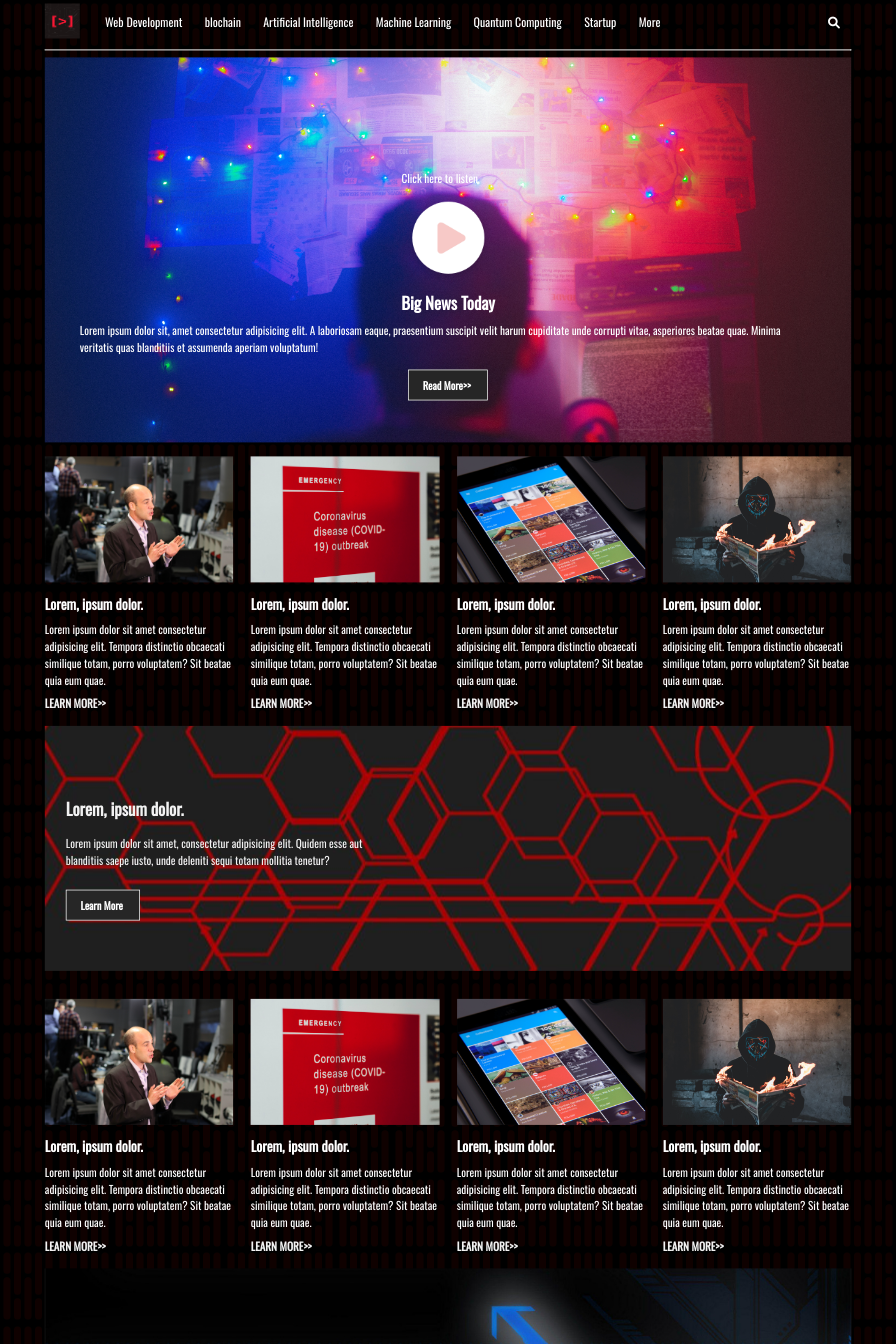
Repository: NickArregoces/News_Web
Page: index.html
An editor plug-in stored every save of this project. The page is shown before and after a run of saves, followed by the edit.
The browser window is 1280 px wide. The pictures show the part of the page from y = 0 to 1920 px (the page is 2988 px tall), at 70% of full size.

Above is the page before, as saved 2021-12-27 12:52:45.

After the next 2 saves:
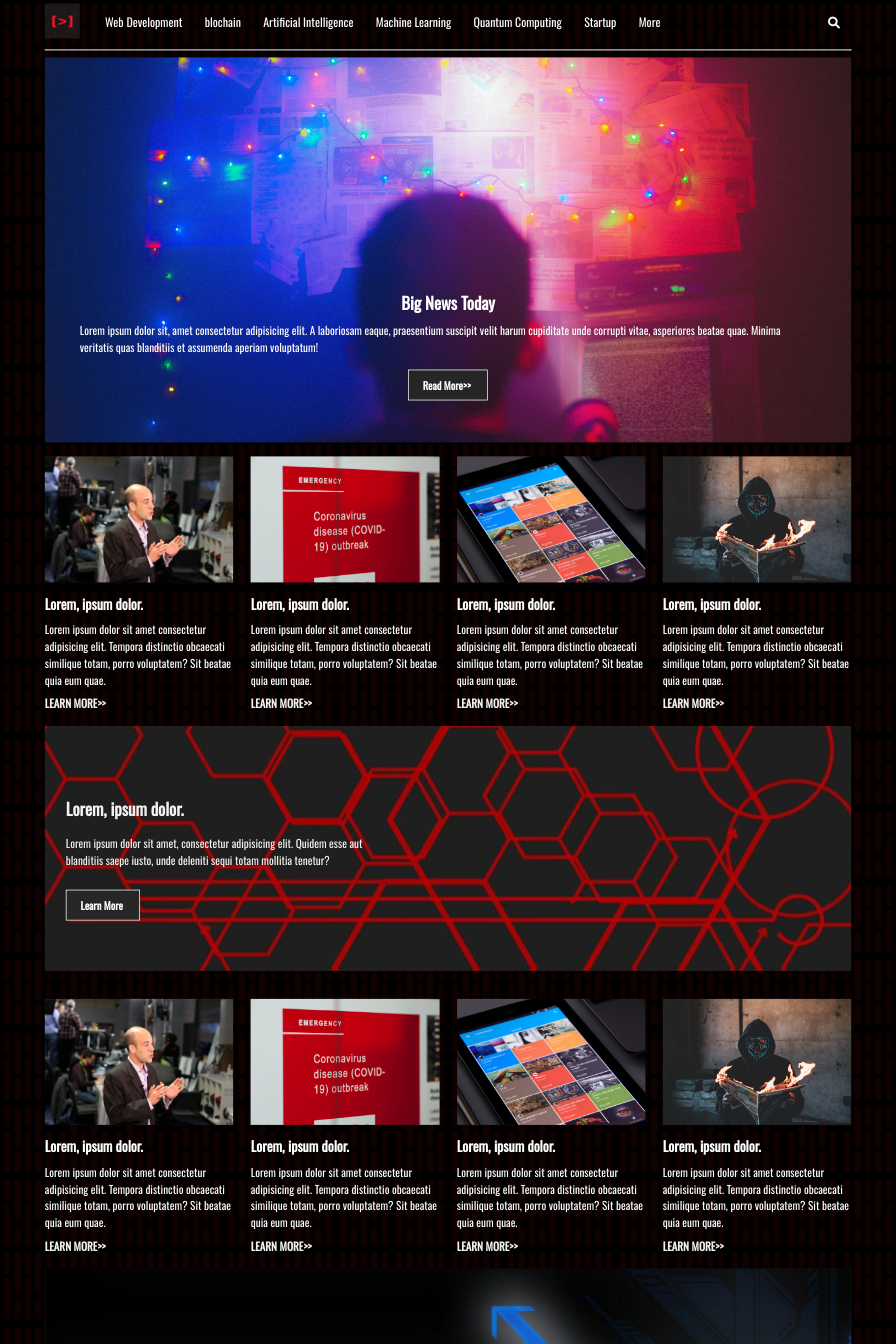
The 2 saves are shown as one change because they came seconds apart.
The last was saved 36 s later.
--- a/index.html
+++ b/index.html
@@ -69,10 +69,6 @@
 
         <!--Showcase=Imagen pricnipal-->
         <header class="showcase">
-            <div class="music">
-                <p>Click here to listen</p>
-                <img src="./Media/play.png" alt="">
-            </div>
             <h2>Big News Today</h2>
             <p>Lorem ipsum dolor sit, amet consectetur adipisicing elit. A laboriosam eaque, praesentium suscipit velit harum cupiditate unde corrupti vitae, asperiores beatae quae. Minima veritatis quas blanditiis et assumenda aperiam voluptatum!</p>
         <!--lorem30 te crea 30 palabras-->
